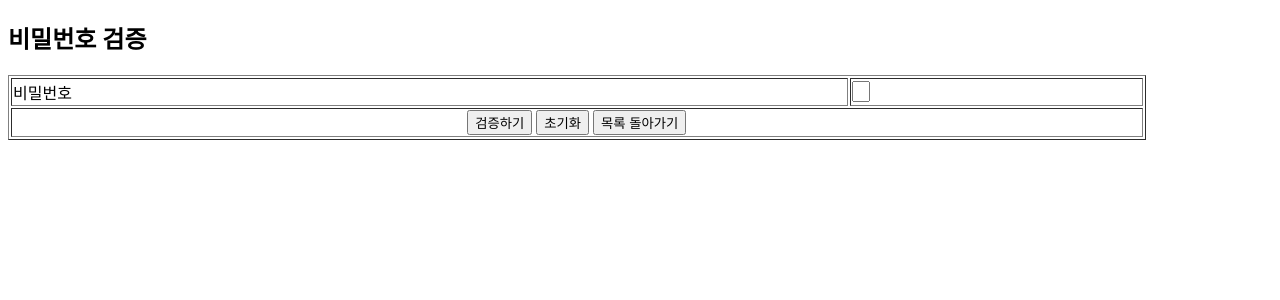
Repository: hyojinx/JspStudy
Page: http://localhost/jspstudy/m2board/pass.do
The author's editor kept a copy of each file at every save. The page is drawn from the files as they stood at one save, then again after the next save.
The browser window is 1280 px wide. The pictures show the whole page.
The page is served by Tomcat 9. Other server files are loaded and not shown.

Above is the page before, as saved 2023-04-13 03:33:28.

### jspstudy/src/main/webapp/14M2Board/Pass.jsp
<%@ page language="java" contentType="text/html; charset=UTF-8"
    pageEncoding="UTF-8"%>
<!DOCTYPE html>
<html>
<head>
<meta charset="UTF-8">
<title>Insert title here</title>
</head>
<body>
	<h2>비밀번호 검증</h2>
	<form action="../m2board/pass.do" method="post" name="writeForm">
		<input type="hidden" name="idx" value="${param.idx}"/>
		<input type="hidden" name="mode" value="${param.mode}"/>
		<table border="1" width="90%">
			<tr>
				<td>비밀번호</td>
				<td>
					<input type="password" name="pass" style="width:10px;" required/>
				</td>
			</tr>
			<tr>
				<td colspan="2" align="center">
					<button type="submit">검증하기</button>
					<button type="reset">초기화</button>
					<button type="button" onclick="location.href='../m2board/list.do';">
					목록 돌아가기
					</button>
				</td>
			</tr>
		</table>
	</form>
</body>
</html>

### jspstudy/src/main/java/m2board/PassController.java
package m2board;

import java.io.IOException;

import javax.servlet.ServletException;
import javax.servlet.annotation.WebServlet;
import javax.servlet.http.HttpServlet;
import javax.servlet.http.HttpServletRequest;
import javax.servlet.http.HttpServletResponse;
import javax.servlet.http.HttpSession;

import utils.AlertFunc;
import utils.FileUtil;

@WebServlet("/m2board/pass.do")
public class PassController extends HttpServlet{
	@Override
	protected void doGet(HttpServletRequest req, HttpServletResponse resp) throws ServletException, IOException {
		req.setAttribute("mode", req.getParameter("mode"));
		req.getRequestDispatcher("/14M2Board/Pass.jsp").forward(req, resp);
	}
	@Override
	protected void doPost(HttpServletRequest req, HttpServletResponse resp) throws ServletException, IOException {
		//매개변수 저장
		String idx=req.getParameter("idx");
		String mode=req.getParameter("mode");
		String pass=req.getParameter("pass");

		//비밀번호 확인
		MBoardDAO dao = new MBoardDAO();
		boolean confirmed = dao.confirmPassword(pass,idx);
		dao.close();

		//무엇을 진핼할지 삭제 수정
		if(confirmed) {//비번 일치
			if(mode.equals("edit")) {//수정
				HttpSession session=req.getSession();
				session.setAttribute("pass", pass);
				resp.sendRedirect("../m2board/edit.do?idx="+idx);
			}else if(mode.equals("delete")) {//삭제
				dao=new MBoardDAO();
				MBoardDTO dto = dao.getView(idx);
				int result = dao.deletePost(idx);//게시물 삭제
				dao.close();
				if(result==1) { //게시물 삭제 성공 시 첨부 파일도 삭제
					String saveFileName=dto.getNfile();
					FileUtil.deleteFile(req,"/Storage",saveFileName);
				}
				AlertFunc.alertLocation(resp, "삭제되었습니다.", "../m2board/list.do");
			}
		}else {//비번 불일치
			AlertFunc.alertBack(resp, "비밀번호 검증이 실패했습니다.");
		}

	}
}

After the next save:
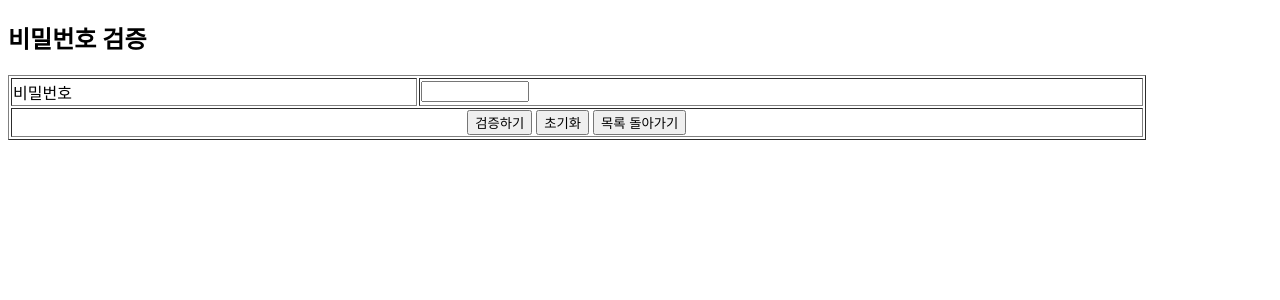
Saved 2 min 23 s later.
--- a/jspstudy/src/main/webapp/14M2Board/Pass.jsp
+++ b/jspstudy/src/main/webapp/14M2Board/Pass.jsp
@@ -15,7 +15,7 @@
 			<tr>
 				<td>비밀번호</td>
 				<td>
-					<input type="password" name="pass" style="width:10px;" required/>
+					<input type="password" name="pass" style="width:100px;" required/>
 				</td>
 			</tr>
 			<tr>
